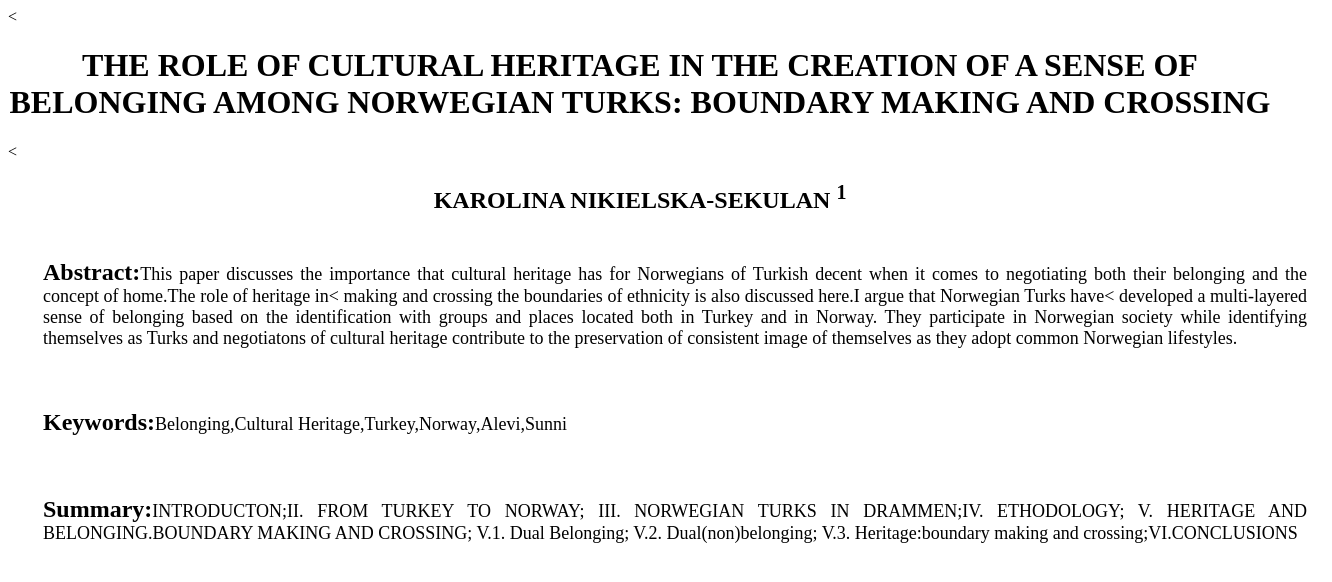
Repository: Pholi658/HTML-Task1
Page: Task2.html/No2.html
The author's editor kept a copy of each file at every save. The page is drawn from the files as they stood at one save, then again after the next save.
The browser window is 1280 px wide. The page is 1332 px wide, so the pictures cover 1332 px, including what lies to the right of the window. The pictures show the whole page.

Above is the page before, as saved 2024-10-17 15:03:39.

After the next save:
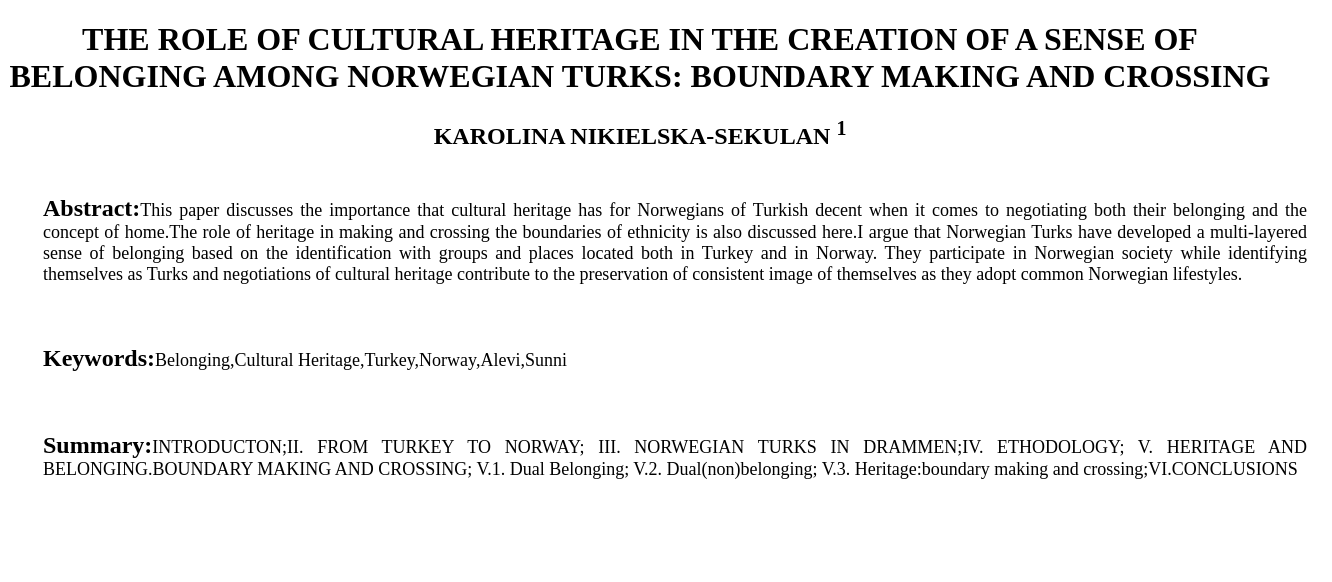
Saved 46 min 52 s later.
--- a/Task2.html/No2.html
+++ b/Task2.html/No2.html
@@ -1,6 +1,7 @@
-<!Doctype html>
-<html lang=en>
-< <head>
+<!DOCTYPE html>
+<html lang="">
+
+<head>
     <title>no2 task</title>
     <style>
         h1,
@@ -23,27 +24,27 @@
             font-size: 24px;
         }
     </style>
-    </head>
+</head>
 
-    <body>
-        <h1>THE ROLE OF CULTURAL HERITAGE IN THE CREATION OF A
-            SENSE OF BELONGING AMONG NORWEGIAN TURKS:
-            BOUNDARY MAKING AND CROSSING
-        </h1>
-        <<h2>KAROLINA NIKIELSKA-SEKULAN <sup>1</sup></h2>
-            <p><strong>Abstract:</strong>This paper discusses the importance that cultural heritage has for Norwegians
-                of Turkish
-                decent when it comes to negotiating both their belonging and the concept of home.The role of heritage
-                in< making and crossing the boundaries of ethnicity is also discussed here.I argue that Norwegian Turks
-                    have< developed a multi-layered sense of belonging based on the identification with groups and
-                    places located both in Turkey and in Norway. They participate in Norwegian society while identifying
-                    themselves as Turks and negotiatons of cultural heritage contribute to the preservation of
-                    consistent image of themselves as they adopt common Norwegian lifestyles.</p>
-                    <p><strong>Keywords:</strong>Belonging,Cultural Heritage,Turkey,Norway,Alevi,Sunni</p>
-                    <p><strong>Summary:</strong>INTRODUCTON;II. FROM TURKEY TO NORWAY; III. NORWEGIAN TURKS IN
-                        DRAMMEN;IV. ETHODOLOGY;
-                        V. HERITAGE AND BELONGING.BOUNDARY MAKING AND CROSSING; V.1. Dual Belonging; V.2.
-                        Dual(non)belonging; V.3. Heritage:boundary making and crossing;VI.CONCLUSIONS</p>
-    </body>
+<body>
+    <h1>THE ROLE OF CULTURAL HERITAGE IN THE CREATION OF A
+        SENSE OF BELONGING AMONG NORWEGIAN TURKS:
+        BOUNDARY MAKING AND CROSSING
+    </h1>
+    <h2> KAROLINA NIKIELSKA-SEKULAN <sup>1</sup></h2>
+    <p><strong>Abstract:</strong>This paper discusses the importance that cultural heritage has for Norwegians
+        of Turkish
+        decent when it comes to negotiating both their belonging and the concept of home.The role of heritage
+        in making and crossing the boundaries of ethnicity is also discussed here.I argue that Norwegian Turks
+        have developed a multi-layered sense of belonging based on the identification with groups and
+        places located both in Turkey and in Norway. They participate in Norwegian society while identifying
+        themselves as Turks and negotiations of cultural heritage contribute to the preservation of
+        consistent image of themselves as they adopt common Norwegian lifestyles.</p>
+    <p><strong>Keywords:</strong>Belonging,Cultural Heritage,Turkey,Norway,Alevi,Sunni</p>
+    <p><strong>Summary:</strong>INTRODUCTON;II. FROM TURKEY TO NORWAY; III. NORWEGIAN TURKS IN
+        DRAMMEN;IV. ETHODOLOGY;
+        V. HERITAGE AND BELONGING.BOUNDARY MAKING AND CROSSING; V.1. Dual Belonging; V.2.
+        Dual(non)belonging; V.3. Heritage:boundary making and crossing;VI.CONCLUSIONS</p>
+</body>
 
 </html>
